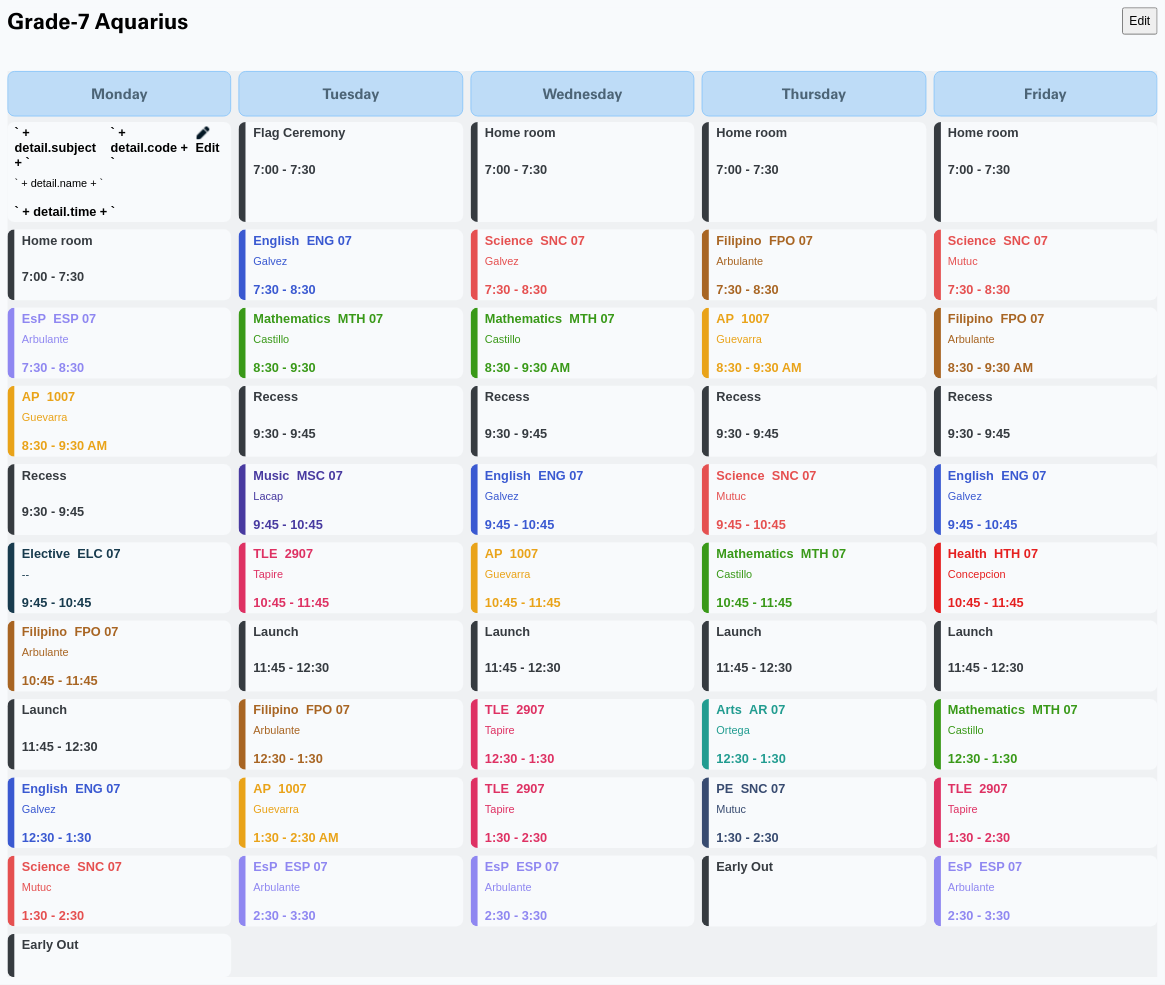
Repository: kentdrlo/prototype
Page: timetable.html
An editor plug-in stored every save of this project. The page is shown before and after the next save, followed by the edit.
The browser window is 1280 px wide. The pictures show the whole page, at 91% of full size.
An inner scrolling area shows only its first screen.

Above is the page before, as saved 2025-05-29 09:26:20.

After the next save:
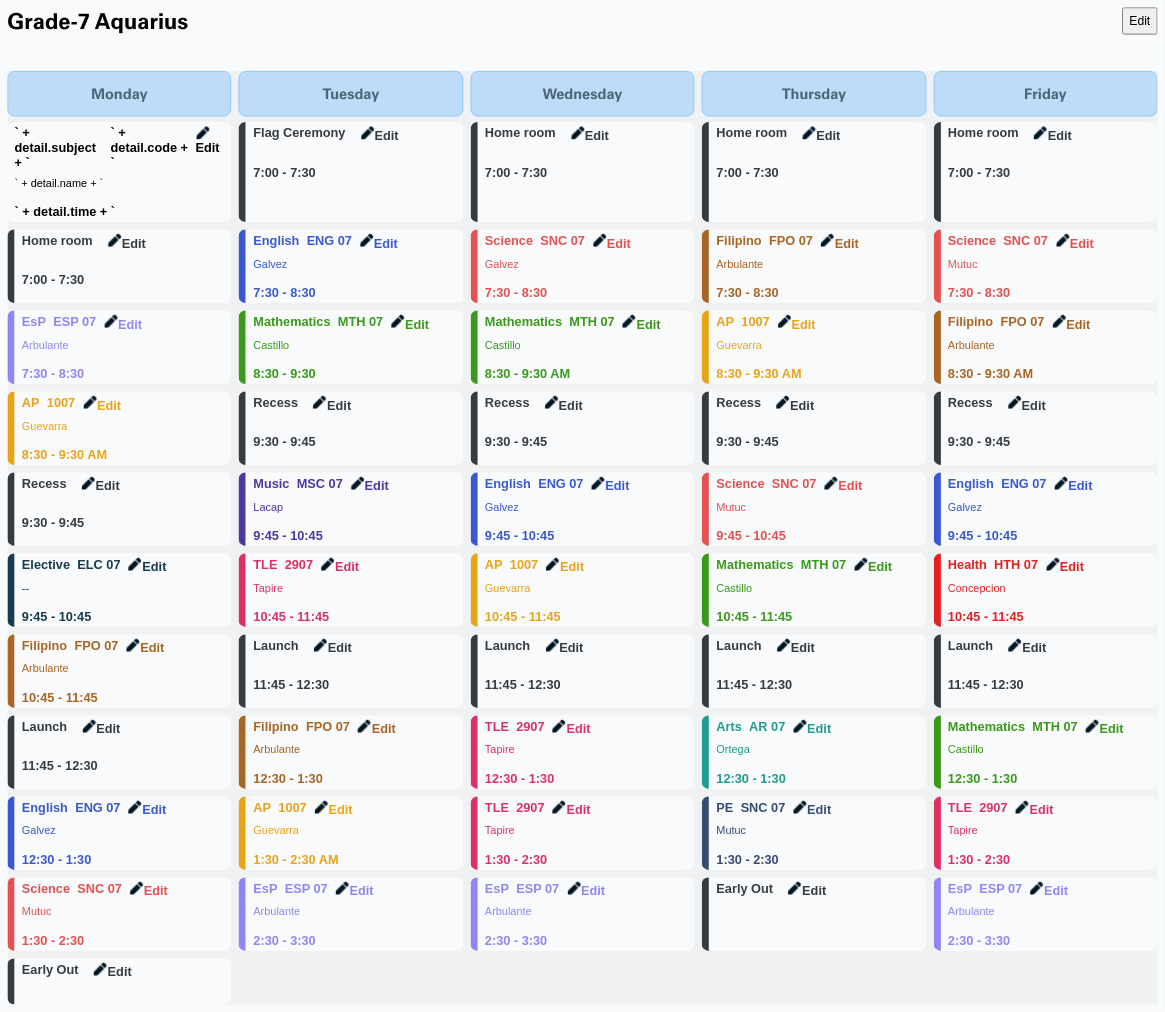
Saved 32 s later.
--- a/schedule.js
+++ b/schedule.js
@@ -291,14 +291,14 @@ const details = [
     time: "12:30 - 1:30",
     color: "3a59d1",
   },
-{
+  {
     subject: "AP",
     code: "1007",
     name: "Guevarra",
     time: "1:30 - 2:30 AM",
     color: "E9A319",
   },
- {
+  {
     subject: "TLE",
     code: "2907",
     name: "Tapire",
@@ -320,7 +320,7 @@ const details = [
     time: "1:30 - 2:30",
     color: "DE3163",
   },
-   {
+  {
     subject: "Science",
     code: "SNC 07",
     name: "Mutuc",
@@ -334,7 +334,7 @@ const details = [
     time: "2:30 - 3:30",
     color: "8F87F1",
   },
- {
+  {
     subject: "EsP",
     code: "ESP 07",
     name: "Arbulante",
@@ -349,14 +349,14 @@ const details = [
     time: "",
     color: "363B40",
   },
- {
+  {
     subject: "EsP",
     code: "ESP 07",
     name: "Arbulante",
     time: "2:30 - 3:30",
     color: "8F87F1",
   },
- {
+  {
     subject: "Early Out",
     code: " ",
     name: " ",
@@ -378,28 +378,35 @@ function appendDetails() {
 
   details.forEach((detail) => {
     topBox.innerHTML +=
-      ` <div class="card" style="border-left: 8px solid #` +
+      `  <div
+            class="card"
+            style="
+              border-left: 8px solid #` +
       detail.color +
-      `; color: #` +
+      `;
+              color: #` +
       detail.color +
-      `">
-          <div class="subject-teacher-wrapper">
-            <div class="subject-detail-wrapper">
-              <div class="subject-name">` +
+      `;
+            "
+          >
+            <div class="subject-teacher-wrapper">
+              <div class="subject-detail-wrapper">
+                <div class="subject-name">` +
       detail.subject +
       `</div>
-              <div class="subject-code">` +
+                <div class="subject-code">` +
       detail.code +
       `</div>
-            </div>
-            <div class="teacher-name">` +
+                <div class="edit"><img src="src/assets/icons/edit.svg" >Edit</div>
+              </div>
+              <div class="teacher-name">` +
       detail.name +
       `</div>
-          </div>
-          <div class="time">` +
+            </div>
+            <div class="time">` +
       detail.time +
       `</div>
-        </div>`;
+          </div>`;
   });
 }
 
